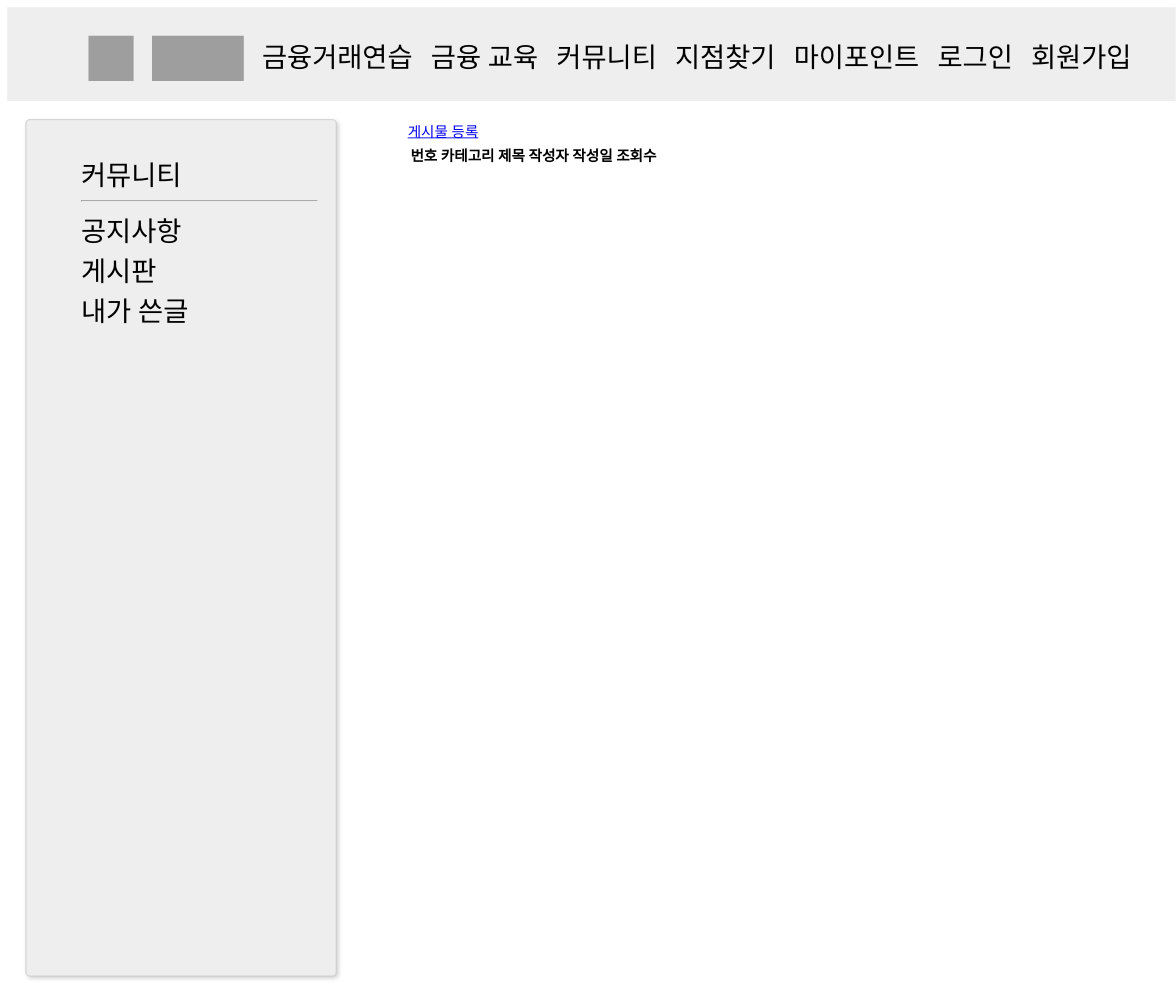
Repository: syc98syc/KB04_TeamProject
Page: http://localhost/jgig/WEB-INF/jsp/board/list.jsp
An editor plug-in stored every save of this project. The page is shown before and after the next save, followed by the edit.
The browser window is 1280 px wide. The page is 1292 px wide, so the pictures cover 1292 px, including what lies to the right of the window. The pictures show the whole page, at 91% of full size.
Pictures or frames that could not be fetched are drawn as grey boxes. The page is served by Tomcat 9. Nobody is signed in. Other server files are loaded and not shown. The template is opened directly, without the code that normally fills it, so the values that code supplies are empty.

Above is the page before, as saved 2023-09-06 05:23:26.

### jgig/src/main/webapp/WEB-INF/jsp/board/list.jsp
<%@ page language="java" contentType="text/html; charset=UTF-8"
    pageEncoding="UTF-8"%>
<%@ taglib uri="http://java.sun.com/jsp/jstl/core" prefix="c" %>
<!DOCTYPE html>
<html>
<head>
<meta charset="UTF-8">
<title>웹게시물 목록</title>
<style>
#content {
 	margin-left: 420px; /* 사이드바 너비 + 여백만큼 오른쪽으로 밀어줍니다. */
    flex-grow: 1; /* 남은 공간을 모두 차지하도록 설정 */
    background-color: #fff; /* 배경색 설정 */
    padding: 20px; /* 내부 여백 설정 */
}
</style>
</head>
<body>
<%@ include file="../include/top_navbar.jsp" %>
<%@ include file="../include/left_navbar.jsp" %>
<div id="content">
	<a href="/board_insert_form">게시물 등록</a> <br>
	<table>
		<tr>
		<th>번호</th>
		<th>카테고리</th>
		<th>제목</th>
		<th>작성자</th>
		<th>작성일</th>
		<th>조회수</th>
		<c:forEach items="${board_list}" var="brd">
		<tr>
			<td>${brd.brd_id }</td>
			<td>${brd.brd_category }</td>
			<td><a href="board_detail?no=${brd.brd_id}">${brd.title}</a></td>
			<td>${brd.mem_id }</td>
			<td>${brd.brd_date_created }</td>
			<td>${brd.brd_view }</td>
		</tr>
		</c:forEach>
	</table>
</div>
</body>
</html>

### jgig/src/main/webapp/WEB-INF/jsp/include/top_navbar.jsp
<%@ page language="java" contentType="text/html; charset=UTF-8"
    pageEncoding="UTF-8"%>
<!DOCTYPE html>
<html>
<head>
<meta charset="UTF-8">
<title>Insert title here</title>
<style>
/* 상단 메뉴 스타일 */
        #top-menu {
            background-color: #eee;
            color: #fff;
            padding: 10px;
            width: 100%;
             display: flex;
  justify-content: center;
        }


    #img1 {
		width: 7vmin;
		height: 7vmin;
	}


	#img2 {
		width: 14vmin;
		height: 7vmin;
	}

	#top-menu a {
    color: #000; /* 링크 글꼴 색상 설정 */
    text-decoration: none; /* 링크 밑줄 제거 */
}

	#top-menu ul{
		list-style: none;
	}
	#top-menu li{
		float: left;
		background: #eee;
		padding:5px 10px;
		font-size: 30px;
	}
</style>
</head>
<body>
	<div id = "top-menu">
		<nav>
				<ul>
					<li><img id="img1" src="resources/img/KB.png"></li>
					<li><img id="img2" src="resources/img/지금입금.png"></li>
					<li class="menu1"><a href="#">금융거래연습</a></li>
					<li class="menu2"><a href="#">금융 교육</a></li>
					<li class="menu3"><a href="#">커뮤니티</a></li>
					<li class="menu4"><a href="#">지점찾기</a></li>
					<li class="menu5"><a href="#">마이포인트</a></li>
					<li class="menu6"><a href="#">로그인</a></li>
					<li class="menu7"><a href="#">회원가입</a></li>
				</ul>
		</nav>
	</div>

</body>
</html>

### jgig/src/main/webapp/WEB-INF/jsp/include/left_navbar.jsp
<%@ page language="java" contentType="text/html; charset=UTF-8"
    pageEncoding="UTF-8"%>
<!DOCTYPE html>
<html>
<head>
<meta charset="UTF-8">
<title>Insert title here</title>
<style>
/* 좌측 사이드바 스타일 */
#sidebar {
    width: 300px; /* 박스 컨테이너의 너비 설정 */
    height: 900px; /* 박스 컨테이너의 높이 설정 */
    background-color: #eee; /* 배경색 설정 */
    color: #000; /* 글꼴 색상 설정 */
    padding: 20px; /* 내부 여백 설정 */
    border: 1px solid #ccc; /* 박스 컨테이너의 테두리 설정 */
    border-radius: 5px; /* 박스 컨테이너의 모서리를 둥글게 설정 */
    box-shadow: 2px 2px 5px rgba(0, 0, 0, 0.2); /* 그림자 효과 추가 */
    line-height: normal;
    display: inline-block;
    vertical-align: middle;
    margin: 20px;
    float: left; /*왼쪽에 떠있게*/
}

/* 좌측 사이드바 링크 스타일 */
#sidebar a {
    color: #000; /* 링크 글꼴 색상 설정 */
    text-decoration: none; /* 링크 밑줄 제거 */
}

/* 좌측 사이드바 링크 호버 스타일 */
#sidebar a:hover {
    text-decoration: underline; /* 호버 상태에서 밑줄 추가 */
}

/* 좌측 사이드바 제목 스타일 */
#sidebar h2 {
    font-size: 24px; /* 제목 글꼴 크기 설정 */
}
	ul{
		list-style: none;
	}
	li{
		display: block; /* 각 <li> 요소를 한 줄에 하나씩 표시 */
		background: #eee;
		font-size: 30px;
	}
</style>
</head>
<body>
	<div id = "sidebar">
		<nav>
				<ul>
					<li>커뮤니티</li> <hr>
					<li class="menu1"><a href="#">공지사항</a></li>
					<li class="menu2"><a href="#">게시판</a></li>
					<li class="menu3"><a href="#">내가 쓴글</a></li>
				</ul>
		</nav>
	</div>

</body>
</html>

After the next save:
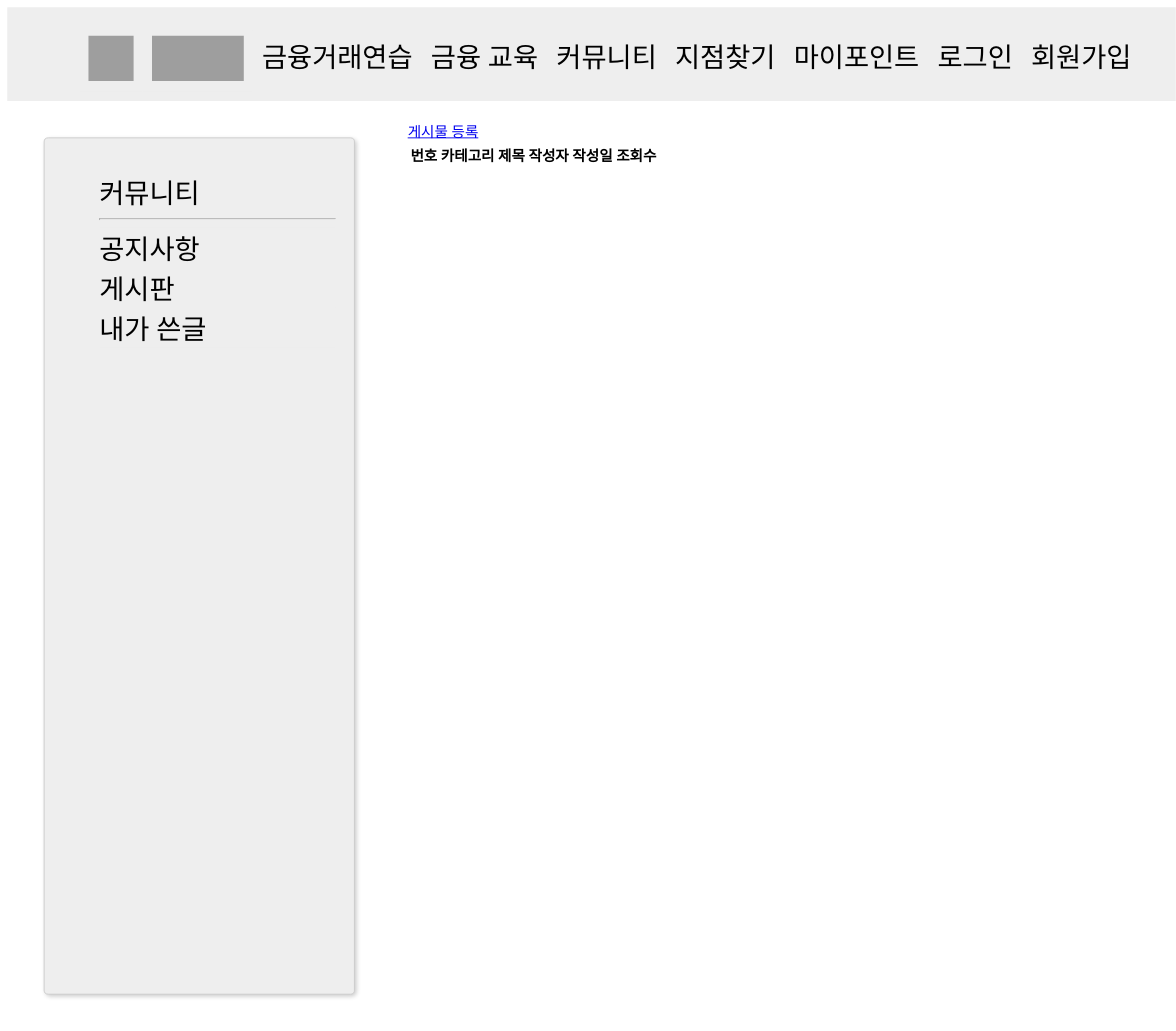
Saved 11 s later.
--- a/jgig/src/main/webapp/WEB-INF/jsp/include/left_navbar.jsp
+++ b/jgig/src/main/webapp/WEB-INF/jsp/include/left_navbar.jsp
@@ -19,7 +19,7 @@
     line-height: normal;
     display: inline-block;
     vertical-align: middle;
-    margin: 20px;
+    margin: 40px;
     float: left; /*왼쪽에 떠있게*/
 }
 
